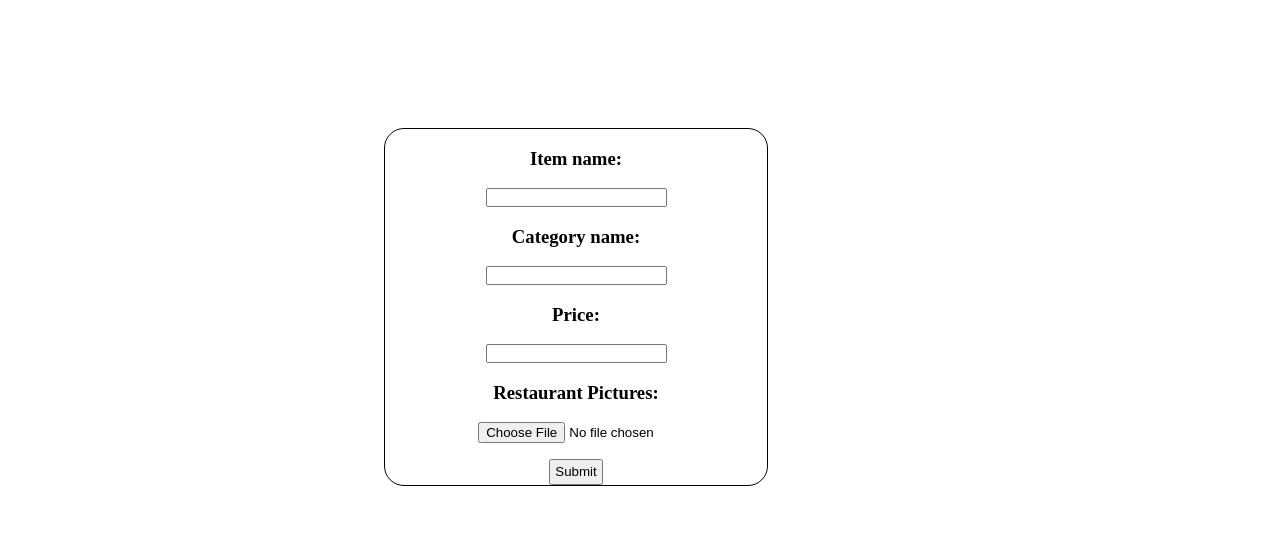
Repository: jatannoury/Ecommerce-Laravel-Electron
Page: Admin-electron/src/HTML/add_item.html
An editor plug-in stored every save of this project. The page is shown before and after the next save, followed by the edit.
The browser window is 1280 px wide. The pictures show the whole page.

Above is the page before, as saved 2022-06-10 22:59:15.

After the next save:
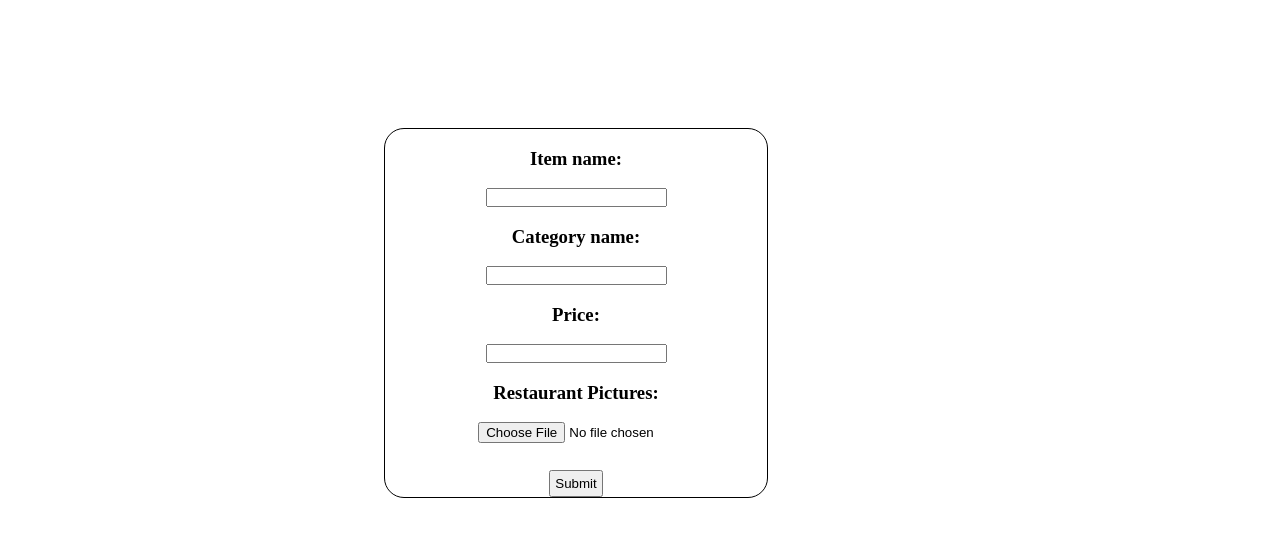
Saved 4 s later.
--- a/Admin-electron/src/CSS/styles.css
+++ b/Admin-electron/src/CSS/styles.css
@@ -43,5 +43,5 @@ form {
 
 .two{
     margin-left: 15%;
-    margin-bottom: 2%;
+    margin-bottom: 5%;
 }
